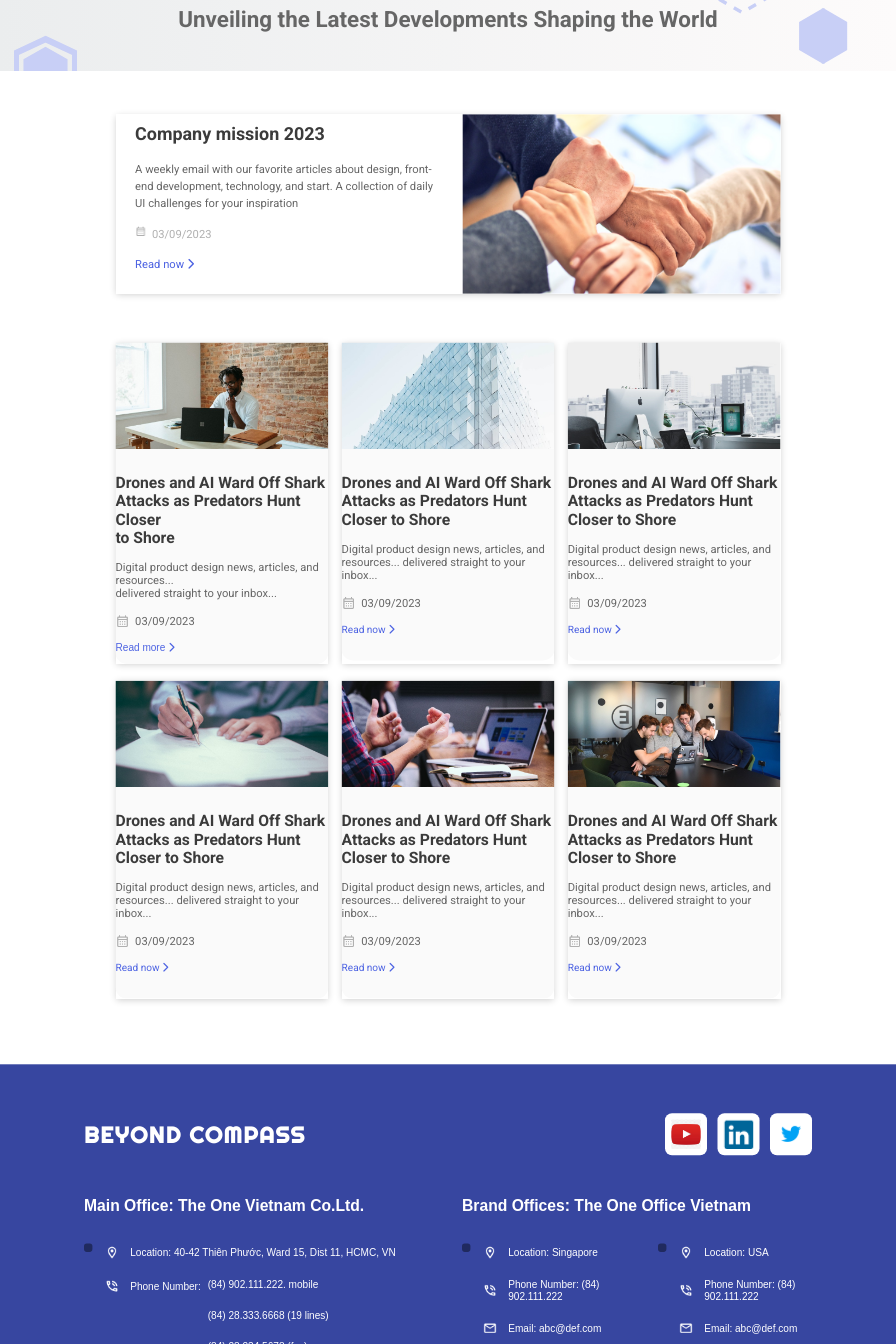
Repository: trunghau06/baitapRn
Page: pages/news.html
The author's editor kept a copy of each file at every save. The page is drawn from the files as they stood at one save, then again after the next save.
The browser window is 1280 px wide. The pictures show the part of the page from y = 398 to 2318 px (the page is 2965 px tall), at 70% of full size.

Above is the page before, as saved 2025-10-12 12:06:05.

### pages/news.html
<!DOCTYPE html>
<html lang="en">
<head>
    <meta charset="UTF-8">
    <meta name="viewport" content="width=device-width, initial-scale=1.0">
    <title>News</title>
    <link rel="stylesheet" href="../style/news.css?v=1">
    <link rel="stylesheet" href="https://cdnjs.cloudflare.com/ajax/libs/font-awesome/6.5.1/css/all.min.css">
    <link href="https://fonts.googleapis.com/css2?family=Roboto:wght@400;700&display=swap" rel="stylesheet">
</head>
<body>
    <!-- Thanh Header -->
    <header>
        <div class="header-Page">
            <!-- Logo -->
            <div class="logo">BEYOND COMPASS</div>

            <!-- Navigation Menu -->
            <nav>
                <div class="menu-item"><a href="../index.html">HOME</a></div>
                <div class="menu-item"><a href="../pages/about.html">ABOUT US</a></div>
                <div class="menu-item"><a href="../pages/product.html">OUR PRODUCTS</a></div>
                <div class="menu-item active"><a href="../pages/news.html">NEWS</a></div>
                <div class="menu-item"><a href="../pages/team.html">OUR TEAM</a></div>
                <div class="menu-item"><a href="../pages/contact.html">CONTACT</a></div>
                <div class="menu-item"><a href="../pages/blogs.html">BLOGS</a></div>
            </nav>
        </div>
    </header>

    <div class="header-banner"></div>

    <!-- Gioi Thieu -->
    <div class="introduce-Page">
        <svg class="hexagon-small-double" viewBox="0 0 100 115" xmlns="http://www.w3.org/2000/svg">
            <polygon points="50 10, 85 30, 85 70, 50 90, 15 70, 15 30"
                    fill="#C8CFF6"
                    stroke="none"/>
            <polygon points="50 -2, 97 20, 97 80, 50 102, 3 80, 3 20"
                    fill="none"
                    stroke="#C8CFF6"
                    stroke-width="10"/>
        </svg>

        <div class="hexagon hexagon-large"></div>

         <svg class="hexagon-outline" viewBox="0 0 100 115" xmlns="http://www.w3.org/2000/svg">
            <polygon points="50 0, 93 25, 93 75, 50 100, 7 75, 7 25"
                    fill="none"
                    stroke="#C8CFF6"
                    stroke-width="2"
                    stroke-dasharray="5, 5"/>
        </svg>

        <svg class="pentagon-outline" viewBox="0 0 100 100" xmlns="http://www.w3.org/2000/svg">
            <defs>
                <linearGradient id="strokeHalfColor" x1="0%" y1="0%" x2="100%" y2="0%">
                    <stop offset="50%" style="stop-color:#FFFFFF;stop-opacity:1" />
                    <stop offset="50%" style="stop-color:#C8CFF6;stop-opacity:1" />
                </linearGradient>
            </defs>
            <polygon points="50 5, 95 40, 80 90, 20 90, 5 40"
                    fill="none"
                    stroke="url(#strokeHalfColor)"
                    stroke-width="3"
                    transform="rotate(30 50 50)"/>
        </svg>

        <svg class="pentagon-filled" viewBox="0 0 100 100" xmlns="http://www.w3.org/2000/svg">
            <polygon points="50 5, 95 40, 80 90, 20 90, 5 40"
                    fill="#C8CFF6"
                    stroke="#C8CFF6"
                    stroke-width="3"/>
        </svg>

        <h1>News</h1>

        <h3>Unveiling the Latest Developments Shaping the World</h3>
    </div>

    <div class="featured-article">
        <div class="main-featured">
            <div class="main-featured-content">
                <h3>
                    Company mission 2023
                </h3>

                <p>
                    A weekly email with our favorite articles about design, front-end
                    development, technology, and start. A collection of daily UI challenges for
                    your inspiration
                </p>

                <div class="calendar">
                    <img src="../Images/ic_calendar.png" alt="">

                    <p>03/09/2023</p>
                </div>

                <div class="detail">
                    <p>Read now <i class="fas fa-chevron-right"></i></p>
                </div>
            </div>

            <div class="main-featured-image">
                <img src="../Images/image_new_1.jpg" alt="Featured Article">
            </div>
        </div>

        <div class="box-section">
            <!-- box 1 -->
            <div class="box">
                <img src="../Images/image_new_2.jpg" alt="">

                <div class="content-box">
                    <h4>
                        Drones and AI Ward Off Shark
                        Attacks as Predators Hunt Closer <br>
                        to Shore
                    </h4>

                    <p>
                        Digital product design news, articles, and resources...<br>
                        delivered straight to your inbox...
                    </p>

                    <div class="calendar-Box">
                        <img src="../Images/ic_calendar.png" alt="">

                        <p>03/09/2023</p>
                    </div>

                    <div class="detail-Box">
                        <a href="detailNews.html">Read more <i class="fas fa-chevron-right"></i></a>
                    </div>
                </div>
            </div>

            <!-- box 2 -->
            <div class="box">
                <img src="../Images/image_new_3.jpg" alt="">

                <div class="content-box">
                    <h4>
                        Drones and AI Ward Off Shark
                        Attacks as Predators Hunt Closer
                        to Shore
                    </h4>

                    <p>
                        Digital product design news, articles, and resources...
                        delivered straight to your inbox...
                    </p>

                    <div class="calendar-Box">
                        <img src="../Images/ic_calendar.png" alt="">

                        <p>03/09/2023</p>
                    </div>

                    <div class="detail-Box">
                        <p>Read now <i class="fas fa-chevron-right"></i></p>
                    </div>
                </div>
            </div>

            <!-- box 3 -->
            <div class="box">
                <img src="../Images/image_new_4.jpg" alt="">

                <div class="content-box">
                    <h4>
                        Drones and AI Ward Off Shark
                        Attacks as Predators Hunt Closer
                        to Shore
                    </h4>

                    <p>
                        Digital product design news, articles, and resources...
                        delivered straight to your inbox...
                    </p>

                    <div class="calendar-Box">
                        <img src="../Images/ic_calendar.png" alt="">

                        <p>03/09/2023</p>
                    </div>

                    <div class="detail-Box">
                        <p>Read now <i class="fas fa-chevron-right"></i></p>
                    </div>
                </div>
            </div>

            <!-- box 4 -->
            <div class="box">
                <img src="../Images/image_new_5.jpg" alt="">

                <div class="content-box">
                    <h4>
                        Drones and AI Ward Off Shark
                        Attacks as Predators Hunt Closer
                        to Shore
                    </h4>

                    <p>
                        Digital product design news, articles, and resources...
                        delivered straight to your inbox...
                    </p>

                    <div class="calendar-Box">
                        <img src="../Images/ic_calendar.png" alt="">

                        <p>03/09/2023</p>
                    </div>

                    <div class="detail-Box">
                        <p>Read now <i class="fas fa-chevron-right"></i></p>
                    </div>
                </div>
            </div>

            <!-- box 5 -->
            <div class="box">
                <img src="../Images/image_new_6.jpg" alt="">

                <div class="content-box">
                    <h4>
                        Drones and AI Ward Off Shark
                        Attacks as Predators Hunt Closer
                        to Shore
                    </h4>

                    <p>
                        Digital product design news, articles, and resources...
                        delivered straight to your inbox...
                    </p>

                    <div class="calendar-Box">
                        <img src="../Images/ic_calendar.png" alt="">

                        <p>03/09/2023</p>
                    </div>

                    <div class="detail-Box">
                        <p>Read now <i class="fas fa-chevron-right"></i></p>
                    </div>
                </div>
            </div>

            <!-- box 6 -->
            <div class="box">
                <img src="../Images/image_new_7.jpg" alt="">

                <div class="content-box">
                    <h4>
                        Drones and AI Ward Off Shark
                        Attacks as Predators Hunt Closer
                        to Shore
                    </h4>

                    <p>
                        Digital product design news, articles, and resources...
                        delivered straight to your inbox...
                    </p>

                    <div class="calendar-Box">
                        <img src="../Images/ic_calendar.png" alt="">

                        <p>03/09/2023</p>
                    </div>

                    <div class="detail-Box">
                        <p>Read now <i class="fas fa-chevron-right"></i></p>
                    </div>
                </div>
            </div>
        </div>
    </div>

    <!-- Footer -->
    <div class="footer">
        <!-- Header -->
        <div class="header-Footer">
            <h2>BEYOND COMPASS</h2>
            <div class="social-icons">
                <button><img src="../Images/youtube.png" alt="YouTube"></button>
                <button><img src="../Images/logo_linkedin.png" alt="LinkedIn"></button>
                <button><img src="../Images/image.png" alt="Twitter"></button>
            </div>
        </div>

        <!-- Offices -->
        <div class="offices">
            <!-- Main Office -->
            <div class="office">
                <h3>Main Office: The One Vietnam Co.Ltd.</h3>
                <div class="office-info">
                    <span class="square"></span>

                    <div class="content-info">
                        <p><img src="../Images/ic_map.png" alt="">Location: 40-42 Thiên Phước, Ward 15, Dist 11, HCMC, VN</p>

                        <div class="phone-group">
                            <p><img src="../Images/ic_phone.png" alt="">Phone Number: </p>

                            <div class="phone">
                                <p>(84) 902.111.222. mobile</p>
                                <p>(84) 28.333.6668 (19 lines)</p>
                                <p>(84) 28.234.5678 (fax)</p>
                            </div>
                        </div>

                        <p><img src="../Images/ic_email.png" alt="">Email: abc@def.com</p>
                        <p><img src="../Images/ic_global.png" alt="">Fax: (123)-456-7890</p>
                    </div>
                </div>
            </div>

            <!-- Brand Offices -->
            <div class="office">
                <h3>Brand Offices: The One Office Vietnam</h3>
                <div class="brand-offices">
                    <div class="office-info">
                        <span class="square"></span>

                        <div class="content-info">
                            <p><img src="../Images/ic_map.png" alt="Location">Location: Singapore</p>
                            <p><img src="../Images/ic_phone.png" alt="Phone">Phone Number: (84) 902.111.222</p>
                            <p><img src="../Images/ic_email.png" alt="Email">Email: abc@def.com</p>
                            <p><img src="../Images/ic_global.png" alt="Fax">Fax: (123)-456-7890</p>
                        </div>
                    </div>

                    <div class="office-info">
                        <span class="square"></span>

                        <div class="content-info">
                            <p><img src="../Images/ic_map.png" alt="">Location: USA</p>
                            <p></span><img src="../Images/ic_phone.png" alt="">Phone Number: (84) 902.111.222</p>
                            <p></span><img src="../Images/ic_email.png" alt="">Email: abc@def.com</p>
                            <p></span><img src="../Images/ic_global.png" alt="">Fax: (123)-456-7890</p>
                        </div>
                    </div>
                </div>
            </div>
        </div>

        <div class="line"></div>

        <div class="footer-links">
            <div class="link-column">
            <h4>OUR PRODUCTS</h4>
            <ul>
                <li><i class="fas fa-chevron-right"></i> Company Formation</li>
                <li><i class="fas fa-chevron-right"></i> Globalization & Visas</li>
                <li><i class="fas fa-chevron-right"></i> Travel & Ticket</li>
                <li><i class="fas fa-chevron-right"></i> Logistic</li>
                <li><i class="fas fa-chevron-right"></i> Virtual Office</li>
            </ul>
            </div>

            <div class="link-column">
            <h4>COMPANY</h4>
            <ul>
                <li><i class="fas fa-chevron-right"></i> About Us</li>
                <li><i class="fas fa-chevron-right"></i> Terms of Service</li>
                <li><i class="fas fa-chevron-right"></i> Privacy Policy</li>
                <li><i class="fas fa-chevron-right"></i> Support</li>
            </ul>
            </div>
        </div>

        <footer class="footer-bottom">
            <p>Copyright © 2023 by THEONEVIETNAM.COM. All rights reserved. Designed by Tuyet Nhi.</p>
        </footer>
    </div>
</body>
</html>

### style/news.css
@import url('https://fonts.googleapis.com/css2?family=Righteous&display=swap');

* {
    margin: 0;
    padding: 0;
    box-sizing: border-box;
}

body {
    font-family: Arial, sans-serif;
}

/* Header */
.header-Page {
    position: fixed;
    top: 0;
    left: 0;
    width: 100%;
    margin: 0 auto;
    padding: 0 104px;
    display: flex;
    justify-content: space-between;
    align-items: center;
    height: 80px;
    background-color: white;
    z-index: 1000;
}


/* Logo */
.logo {
    font-family: 'Righteous', Arial, sans-serif;
    color: #2A367C;
    font-size: 1.8em;
    font-weight: 400;
}

/* Menu */
nav {
    display: flex;
    gap: 30px;
    align-items: flex-end;
    align-self: flex-end;
}

.menu-item {
    padding: 12px 16px 28px 16px;
    display: flex;
    justify-content: center;
    border-bottom: 4px solid transparent;
    transition: border-color 0.3s;
}

.menu-item:hover {
    border-bottom-color: #3746A0;
}

.menu-item.active {
    border-bottom-color: #3746A0;
}

.menu-item a {
    text-decoration: none;
    color: #666666;
    font-size: 1em;
    font-weight: 700;
    font-family: 'Roboto', Arial, sans-serif;
}

/* Banner */
.header-banner {
    margin-top: 80px;
    width: 100%;
    height: 200px;
    background-image: url('../Images/anhHeader_4.png');
    background-size: cover;
    background-position: center;
}

.introduce-Page {
    position: relative;
    background: linear-gradient(to right, #EBEDEE, #FDFBFB);
    display: flex;
    flex-direction: column;
    justify-items: center;
    align-items: center;
    padding: 30px 20px;
    overflow: hidden;
}

.introduce-Page h1 {
    font-family: 'Roboto', Arial, sans-serif;
    color: #2A367C;
    font-size: 3em;
    font-weight: 700;
    margin-bottom: 20px;
    z-index: 2;
    line-height: 1.5;
    letter-spacing: 1;
}

.introduce-Page h3 {
    font-family: 'Roboto', Arial, sans-serif;
    font-size: 2em;
    color: #666666;
    line-height: 1.5;
    letter-spacing: 1;
    margin-bottom: 20px;
    font-weight: bold;
}

.hexagon {
    position: absolute;
    background-color: #C8CFF6;
    clip-path: polygon(
        50% 0%, 93% 25%, 93% 75%, 50% 100%, 7% 75%, 7% 25%
    );
    box-shadow:
        0 0 0 8px white,
        0 0 0 10px #8B9FD9;
}

/* Hình lục giác nhỏ với 2 lớp viền */
.hexagon-small-double {
    position: absolute;
    width: 90px;
    height: 140px;
    top: 72%;
    left: 20px;
    z-index: 2;
}

/* Hình lục giác lớn */
.hexagon-large {
    width: 80px;
    height: 80px;
    bottom: 10px;
    right: 5%;
}

/* Hình lục giác chỉ viền nét đứt */
.hexagon-outline {
    position: absolute;
    width: 280px;
    height: 280px;
    top: 15%;
    right: 80px;
    transform: translateY(-50%);
}

/* Hình ngũ giác 5 góc nghiêng phải */
.pentagon-outline {
    position: absolute;
    width: 80px;
    height: 80px;
    top: 25%;
    left: 46%;
    transform: translate(-50%, -50%);
    z-index: 1;
}

/* Hình ngũ giác có ruột màu xanh */
.pentagon-filled {
   position: absolute;
    width: 80px;
    height: 80px;
    top: 25%;
    left: 44%;
    transform: translate(-50%, -50%);
    z-index: 0;
}

.featured-article {
    width:100%;
    display: flex;
    flex-direction: column;
    gap: 30px;
    padding: 30px 165px;
    margin-top: 32px;
}

.main-featured {
    display: flex;
    width: 100%;
    height: auto;
    justify-content: center;
    align-items: center;
    box-shadow: 0 2px 10px rgba(0,0,0,0.2);
    gap: 40px;
    padding: 0;
}

.main-featured-content {
    width: 50%;
    padding: 0 0 0 28px;
}

.main-featured-content h3 {
    font-family: 'Roboto', Arial, sans-serif;
    font-size: 1.6em;
    font-weight: 700;
    margin-bottom: 20px;
    line-height: 1.5;
    letter-spacing: 1;
    color: #3B3B3B;
}

.main-featured-content p {
    font-family: 'Roboto', Arial, sans-serif;
    font-size: 1em;
    font-weight: 400;
    line-height: 1.5;
    letter-spacing: 1;
    margin-bottom: 20px;
    color: #666666 !important;
}

.main-featured-content button {
    width: 15%;
    background-color: #4D63E2;
    color: #FFFFFF;
    border: none;
    font-size: 1.2em;
    padding: 15px 10px;
    border-radius: 44px;
}

.main-featured-image {
    width: 50%;
    padding: 0;
    display: flex;
    justify-content: flex-end;
}

.main-featured-image img {
    width: 100%;
    aspect-ratio: 16/9  ;
    object-fit: cover;
}

.calendar {
    display: flex;
    justify-items: flex-start;
    gap: 8px;
}

.calendar img {
    width: 16px;
    height: 16px;
    color: #B0B0B0;
}

.calendar p {
    font-family: 'Roboto', Arial, sans-serif;
    font-size: 1em;
    font-weight: 400;
    margin-bottom: 20px;
    color: #B0B0B0 !important;
}

.detail {
    display: flex;
    width: 100%;
    font-size: 1em;
}

.main-featured-content .detail p {
    color: #4D63E2 !important;
    font-size: 1em;
}

.box-section {
    display: flex;
    flex-wrap: wrap;
    width: 100%;
    padding: 40px 0;
    justify-content: space-between;
    align-items: stretch;
}

.box {
    width: 32%;
    overflow: hidden;
    display: flex;
    flex-direction: column;
    justify-items: center;
    align-items: center;
    padding: 0;
    margin-bottom: 24px;
    box-shadow: 0 2px 10px rgba(0,0,0,0.2);
}

.box img {
    width: 100%;
    aspect-ratio: 4/2;
    object-fit: cover;
}

.content-box {
    width: 100%;
    display: flex;
    flex-direction: column;
    align-items: flex-start;
    justify-content: flex-start;
    padding: 15px 0 15px 0;
    background-color: #FAFAFA;
    border-radius: 0 0 16px 16px;
}

.content-box h4 {
    font-family: 'Roboto', Arial, sans-serif;
    color: #3B3B3B;
    font-size: 1.4em;
    font-weight: 700;
    margin: 20px 0;
    justify-items: flex-start;
}

.content-box p {
    font-family: 'Roboto', Arial, sans-serif;
    font-size: 1em;
    font-weight: 400;
    margin-bottom: 20px;
    justify-items: flex-start;
    color: #666666 !important;
}

.calendar-Box {
    width: 100%;
    display: flex;
    align-items: center;
    gap: 8px;
    margin-bottom: 20px;
    justify-items: flex-start;
}

.calendar-Box img {
    width: 20px;
    height: 20px;
}

.calendar-Box p {
    font-family: 'Roboto', Arial, sans-serif;
    font-size: 1em;
    font-weight: 500;
    color: #B0B0B0;
    margin: 0;
}

.detail-Box {
    display: flex;
    width: 100%;
    font-size: 0.9em;
}

.content-box .detail-Box p {
    color: #4D63E2 !important;
    font-size: 1em;
}

.content-box .detail-Box a {
    color: #4D63E2 !important;
    font-size: 1em;
    text-decoration: none;
}

/* Footer */
.footer {
  display: flex;
  flex-direction: column;
  background-color: #3746A0;
}

.header-Footer {
    display: flex;
    justify-content: space-between;
    align-items: center;
    padding: 20px 120px;
    margin-top: 50px;
}

.header-Footer h2 {
    font-size: 2em;
    font-weight: bold;
    letter-spacing: 2px;
    font-family: 'Righteous', Arial, sans-serif;
    color: #FFFFFF;
}

.social-icons {
    display: flex;
    gap: 15px;
}

.social-icons button {
    background: #FFFFFF;
    border: none;
    cursor: pointer;
    width: 60px;
    height: 60px;
    border-radius: 10px;
    display: flex;
    align-items: center;
    justify-content: center;
}

.social-icons button img {
    width: 70%;
    height: 70%;
    object-fit: contain;
}

.offices {
    padding: 10px 120px;
    display: grid;
    grid-template-columns: 1fr 1fr;
    gap: 40px;
    margin-top: 30px;
}

.brand-offices {
    display: grid;
    grid-template-columns: 1fr 1fr;
    gap: 60px;
}

.office h3 {
    margin-bottom: 15px;
    font-size: 1.4em;
    color: #FFFFFF;
}

.office-info {
    position: relative;
    margin-bottom: 20px;
    display: flex;
    align-items: flex-start;
}

.office-info .square {
    position: absolute;
    left: 0;
    top: 25px;
    width: 12px;
    height: 12px;
    background: #202A5F;
    border-radius: 4px;
}

.content-info {
    padding-left: 30px;
}

.content-info p {
    margin: 28px 0;
    display: flex;
    align-items: center;
    font-size: 0.9em;
    color: #FFFFFF;
}

.phone-group {
    display: flex;
    justify-content: left;
    align-items: flex-start;
    gap: 10px;
}

.phone-group p {
    margin: 0;
    font-size: 0.9em;
    margin-bottom: 28px;
    color: #FFFFFF;
}

.phone-group .phone p:nth-of-type(3) {
    margin-bottom: 0;
}

.phone {
    display: flex;
    flex-direction: column;
    text-align: left;
}

.content-info img {
    width: 20px;
    height: 20px;
    margin-right: 16px;
    vertical-align: middle;
    filter: brightness(0) invert(1);
}

.line {
    width: 83%;
    height: 2px;
    background: rgba(255,255,255,0.5);
    margin: 0 auto 40px auto;
}

.footer-links {
  display: flex;
  justify-content: left;
  gap: 200px;
  padding: 20px 120px;
  margin-bottom: 50px;
}

.link-column h4 {
  margin-bottom: 15px;
  font-size: 1.4em;
  font-weight: bold;
  color: #FFFFFF;
  text-transform: uppercase;
}

.link-column ul {
  list-style: none;
  padding: 0 10px;
}

.link-column ul li {
  margin: 28px 0;
  font-size: 0.9em;
  display: flex;
  align-items: center;
  color: #FFFFFF;
}

.link-column ul li i {
  margin-right: 12px;
  font-size: 0.8em;
  color: #FFFFFF;
}

.footer-bottom {
  margin-top: auto;
  background: #fff;
  text-align: center;
  padding: 30px 0;
  font-size: 12px;
  color: #555;
  border-top: 1px solid #ddd;
}

After the next save:
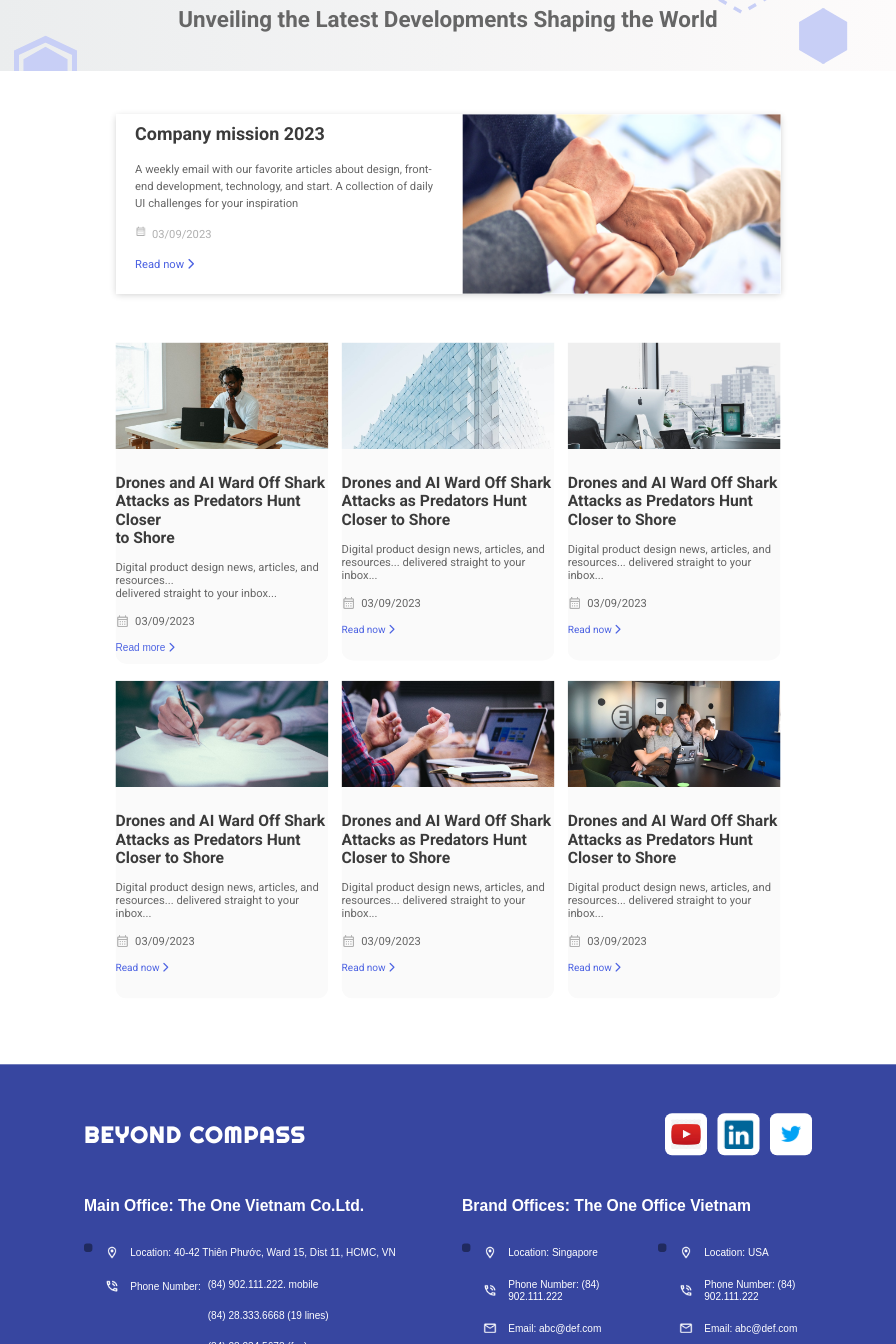
Saved 2 min 27 s later.
--- a/style/news.css
+++ b/style/news.css
@@ -287,7 +287,7 @@ nav {
     align-items: center;
     padding: 0;
     margin-bottom: 24px;
-    box-shadow: 0 2px 10px rgba(0,0,0,0.2);
+
 }
 
 .box img {
